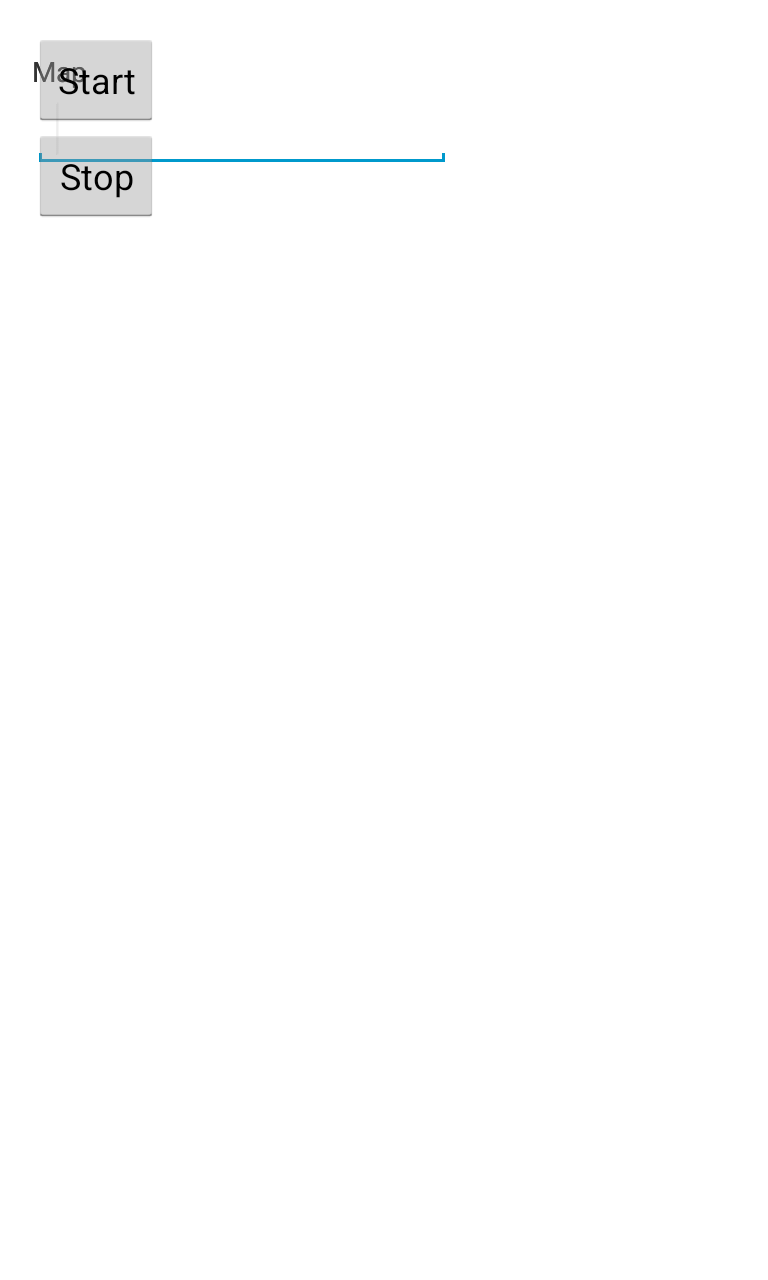
Repository: choll03/mobile_programming
Layout: Gps/res/layout/activity_main.xml
These files come from the project's save history. The layout is drawn as it stood at one moment and after the next save; the edit follows.
It is drawn on a 768 x 1280 px phone screen (xhdpi) without system bars, with theme AppTheme; the app's code is not run.

Above is the layout before, as saved 2019-05-01 10:06:56.

### Gps/res/layout/activity_main.xml
<RelativeLayout xmlns:android="http://schemas.android.com/apk/res/android"
    xmlns:tools="http://schemas.android.com/tools"
    android:layout_width="match_parent"
    android:layout_height="match_parent"
    android:paddingBottom="@dimen/activity_vertical_margin"
    android:paddingLeft="@dimen/activity_horizontal_margin"
    android:paddingRight="@dimen/activity_horizontal_margin"
    android:paddingTop="@dimen/activity_vertical_margin" >

    <LinearLayout
        android:id="@+id/linearLayout1"
        android:layout_width="wrap_content"
        android:layout_height="wrap_content"
        android:layout_alignParentLeft="true"
        android:layout_alignParentTop="true"
        android:orientation="vertical" >

        <TextView
            android:id="@+id/textView1"
            android:layout_width="wrap_content"
            android:layout_height="wrap_content"
            android:layout_alignParentLeft="true"
            android:layout_alignParentTop="true"
            android:layout_marginTop="10dp"
            android:text="Map" />
        <EditText
	        android:id="@+id/longitudeEditText"
	        android:layout_width="wrap_content"
	        android:layout_height="wrap_content"
	        android:layout_alignParentLeft="true"
	        android:ems="10"
	        android:layout_below="@+id/textView1" >

        <requestFocus />

    	</EditText>
    </LinearLayout>

    <LinearLayout
        android:id="@+id/linearLayout2"
        android:layout_width="wrap_content"
        android:layout_height="wrap_content"
        android:layout_alignParentLeft="true"
        android:layout_alignParentTop="true"
        android:orientation="vertical"
        android:layout_below="@+id/linearLayout1" >
         <TextView
            android:id="@+id/textView2"
            android:layout_width="wrap_content"
            android:layout_height="wrap_content"
            android:layout_alignParentLeft="true"
            android:layout_alignParentTop="true"
            android:layout_marginTop="10dp"
            android:text="Map" />
        <EditText
	        android:id="@+id/latitudeEditText"
	        android:layout_width="wrap_content"
	        android:layout_height="wrap_content"
	        android:layout_alignParentLeft="true"
	        android:ems="10"
	        android:layout_below="@+id/textView2" >

        <requestFocus />

    	</EditText>

     </LinearLayout>

    <LinearLayout
        android:id="@+id/linearLayout3"
        android:layout_width="wrap_content"
        android:layout_height="wrap_content"
        android:layout_alignParentLeft="true"
        android:layout_alignParentTop="true"
        android:orientation="vertical"
        android:layout_below="@+id/linearLayout2" >

        <Button
	        android:id="@+id/startButton"
	        android:layout_width="wrap_content"
	        android:layout_height="wrap_content"
	        android:text="Start" />

        <Button
	        android:id="@+id/stopButton"
	        android:layout_width="wrap_content"
	        android:layout_height="wrap_content"
	        android:text="Stop" />

     </LinearLayout>


</RelativeLayout>

Loaded but not shown: Gps/res/values/styles.xml (common file); Gps/res/values-v11/styles.xml (common file); Gps/res/values-v14/styles.xml (common file); Gps/res/values/dimens.xml (common file); Gps/res/values-w820dp/dimens.xml (common file)

After the next save:
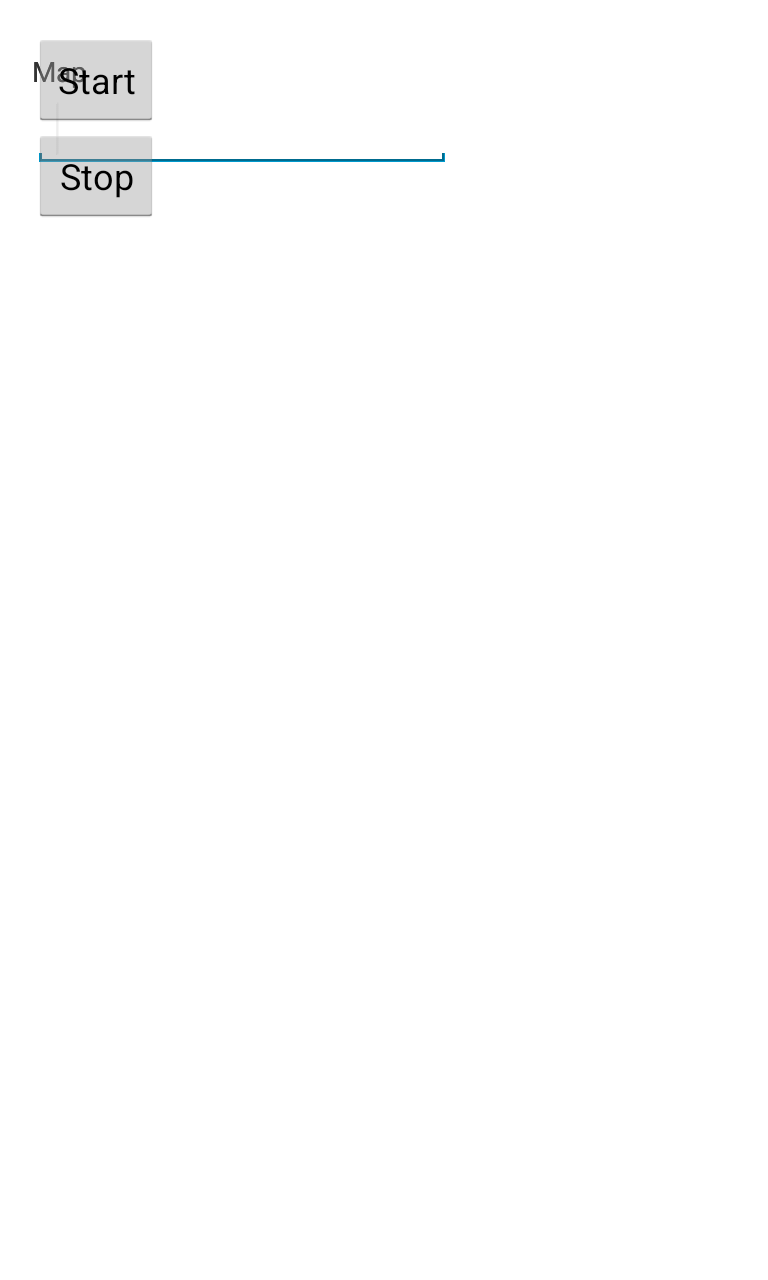
Saved 76 s later.
--- a/Gps/res/layout/activity_main.xml
+++ b/Gps/res/layout/activity_main.xml
@@ -60,8 +60,6 @@
 	        android:ems="10"
 	        android:layout_below="@+id/textView2" >
 
-        <requestFocus />
-
     	</EditText>
 
      </LinearLayout>
